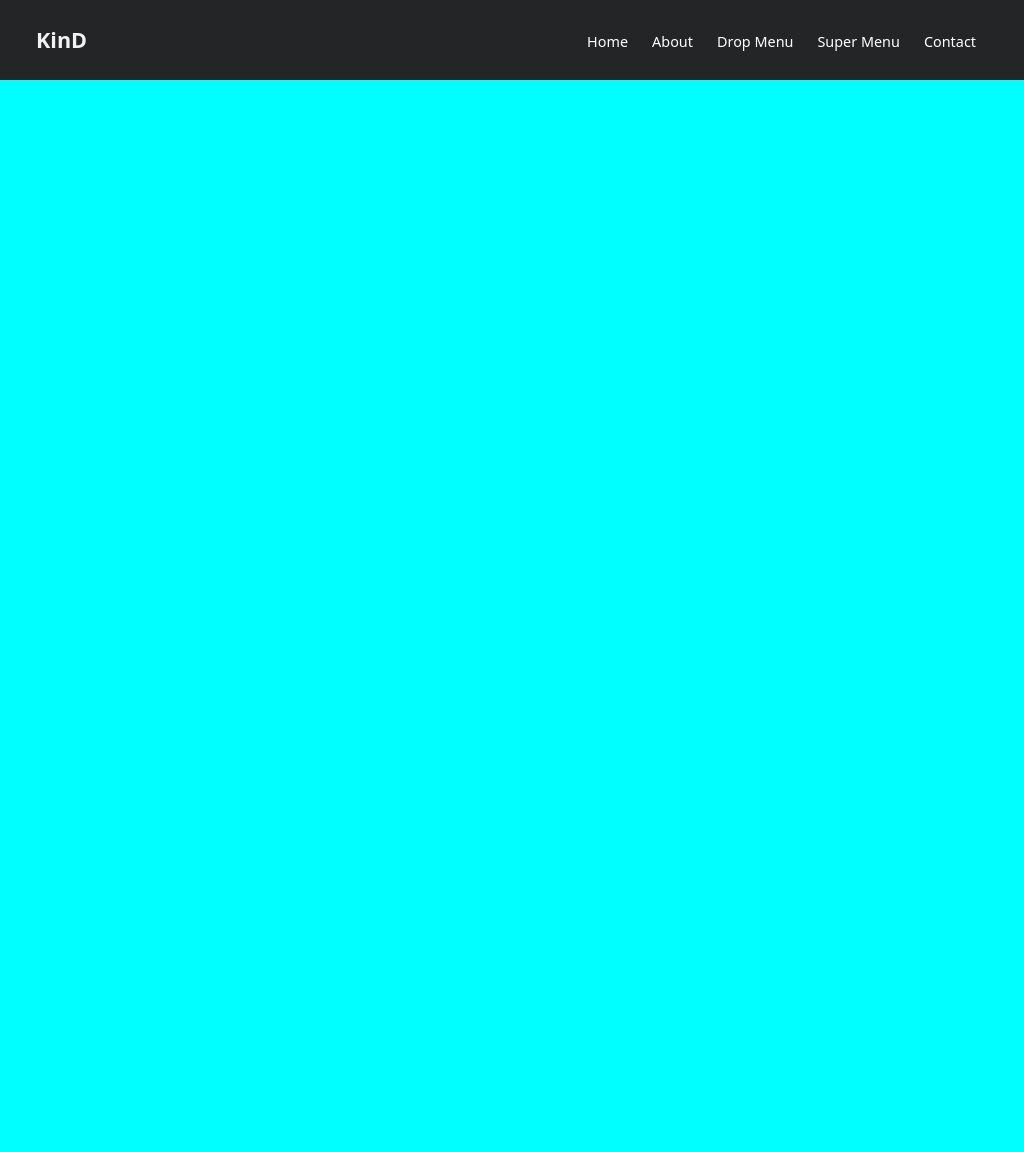
Repository: KinD2704/Web-University
Page: buổi 5/profile.html
The author's editor kept a copy of each file at every save. The page is drawn from the files as they stood at one save, then again after the next save.
The browser window is 1280 px wide. The pictures show the whole page, at 80% of full size.

Above is the page before, as saved 2023-12-29 23:42:18.

After the next save:
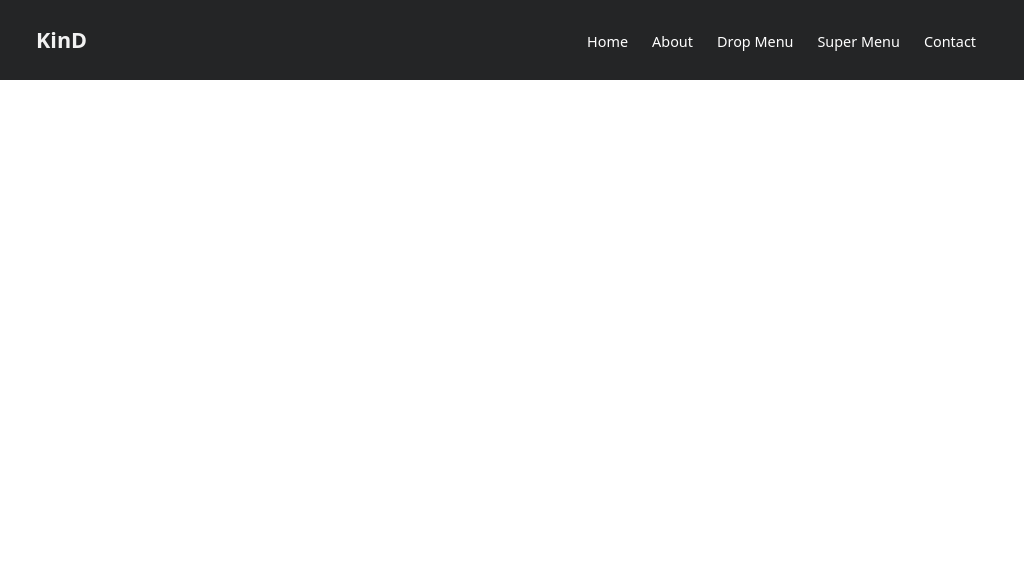
Saved 56 s later.
--- a/buổi 5/profile.html
+++ b/buổi 5/profile.html
@@ -37,7 +37,6 @@
                 </ul>
             </div>
         </nav>
-        <div style="width: 100%; height: 100vh; background-color: cyan"></div>
-        <div style="width: 100%; height: 100vh; background-color: cyan"></div>
+        <section class="profile"></section>
     </body>
 </html>
